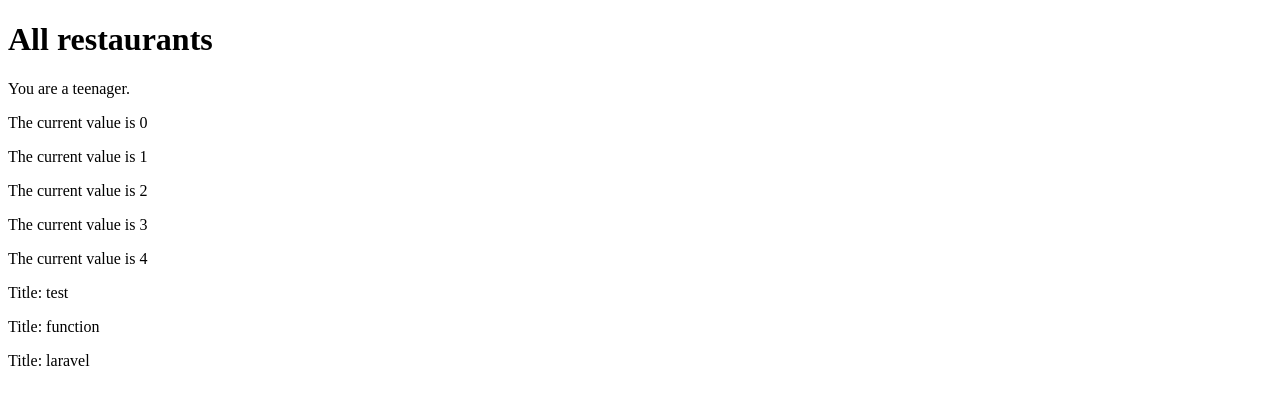
Repository: Dj3y/laravel
Page: http://localhost/restaurants
The author's editor kept a copy of each file at every save. The page is drawn from the files as they stood at one save, then again after the next save.
The browser window is 1280 px wide. The pictures show the whole page.
The page is served by the project's Laravel application, run on PHP 8.4 with Laravel 12. Queries for data that is not in the repository find no rows.

Above is the page before, as saved 2024-09-23 16:10:35.

After the next save:
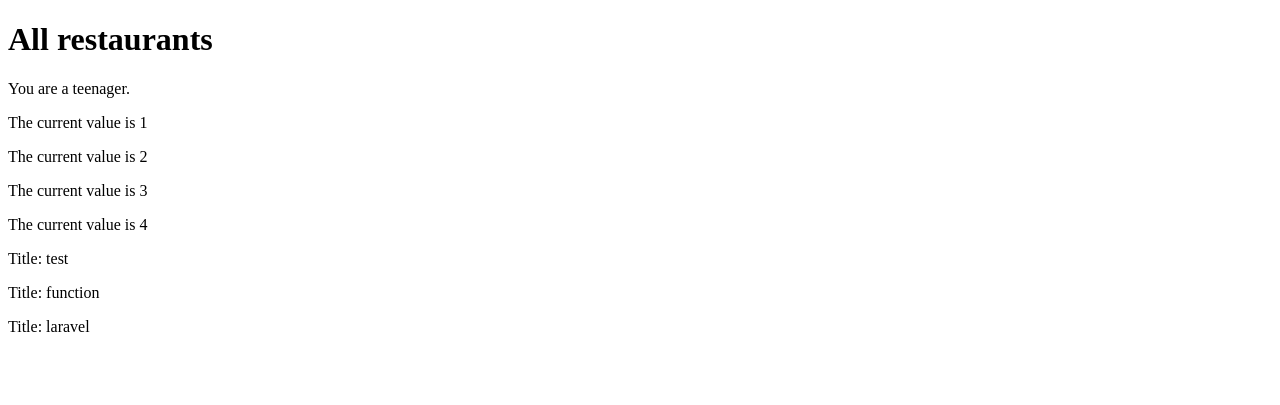
Saved 11 s later.
--- a/resources/views/restaurants/index.blade.php
+++ b/resources/views/restaurants/index.blade.php
@@ -20,7 +20,7 @@
         <p>You are a teenager.</p>
     @endif
 
-    @for($i = 0; $i < $a; $i++)
+    @for($i = 1; $i < $a; $i++)
         <p>The current value is {{ $i }}</p>
     @endfor
 
